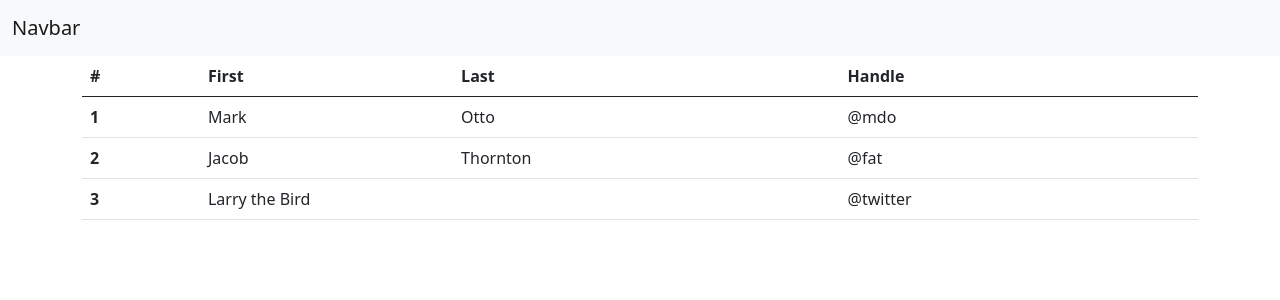
Repository: Luckycaat/eloquent-ORM
Page: http://localhost/clients
An editor plug-in stored every save of this project. The page is shown before and after the next save, followed by the edit.
The browser window is 1280 px wide. The pictures show the whole page.
The page is served by the project's Laravel application, run on PHP 8.4 with Laravel 9. Other server files are loaded and not shown. Queries for data that is not in the repository find no rows.

Above is the page before, as saved 2022-09-20 14:45:23.

### routes/web.php
<?php

use App\Http\Controllers\ClientController;
use App\Http\Controllers\Saudacao;
use App\Http\Controllers\SiteController;

use Illuminate\Support\Facades\Route;

/*
|--------------------------------------------------------------------------
| Web Routes
|--------------------------------------------------------------------------
|
| Here is where you can register web routes for your application. These
| routes are loaded by the RouteServiceProvider within a group which
| contains the "web" middleware group. Now create something great!
|
*/

// Route::get('/', function () {
//     return view('welcome');
// });

Route::get('/', [SiteController::class, 'index']);
Route::get('/sobre', [SiteController::class, 'sobre']);
Route::get('/servicos', [SiteController::class, 'servicos']);
Route::get('/servico/{id}', [SiteController::class, 'servico']);

Route::get('/saudacao/{nome?}', Saudacao::class);

Route::get('/clients', [ClientController::class, 'index']);

### app/Http/Controllers/Saudacao.php
<?php

namespace App\Http\Controllers;

use Illuminate\Contracts\View\View;
use Illuminate\Http\Request;

class Saudacao extends Controller
{
    /**
     * Handle the incoming request.
     *
     * @param  string $nome
     * @return void
     */
    public function __invoke(string $nome = 'Pedro')
    {
        return view('saudacao', [
            'nome' => $nome,
        ]);
        // return view('saudacao')->with('nome', $nome);

    }
}

### app/Http/Controllers/ClientController.php
<?php

namespace App\Http\Controllers;

use Illuminate\Http\Request;
use App\Models\Client;

class ClientController extends Controller
{
    public function index()
    {
        $clients = Client::get();

        return view('clients.index', [
            'clients' => $clients,
        ]);
    }
}

### resources/views/clients/index.blade.php
<!doctype html>
<html lang="en">

<head>
    <!-- Required meta tags -->
    <meta charset="utf-8">
    <meta name="viewport" content="width=device-width, initial-scale=1">

    <!-- Bootstrap CSS -->
    <link href="https://cdn.jsdelivr.net/npm/bootstrap@5.0.2/dist/css/bootstrap.min.css" rel="stylesheet"
        integrity="sha384-EVSTQN3/azprG1Anm3QDgpJLIm9Nao0Yz1ztcQTwFspd3yD65VohhpuuCOmLASjC" crossorigin="anonymous">

    <title>Hello, world!</title>
</head>

<body>
    <nav class="navbar navbar-light bg-light">
        <div class="container-fluid">
            <a class="navbar-brand" href="#">Navbar</a>
        </div>
    </nav>

    <div class="container">
        <table class="table">
            <thead>
                <tr>
                    <th scope="col">#</th>
                    <th scope="col">First</th>
                    <th scope="col">Last</th>
                    <th scope="col">Handle</th>
                </tr>
            </thead>
            <tbody>
                <tr>
                    <th scope="row">1</th>
                    <td>Mark</td>
                    <td>Otto</td>
                    <td>@mdo</td>
                </tr>
                <tr>
                    <th scope="row">2</th>
                    <td>Jacob</td>
                    <td>Thornton</td>
                    <td>@fat</td>
                </tr>
                <tr>
                    <th scope="row">3</th>
                    <td colspan="2">Larry the Bird</td>
                    <td>@twitter</td>
                </tr>
            </tbody>
        </table>
    </div>

    <!-- Optional JavaScript; choose one of the two! -->

    <!-- Option 1: Bootstrap Bundle with Popper -->
    <script src="https://cdn.jsdelivr.net/npm/bootstrap@5.0.2/dist/js/bootstrap.bundle.min.js"
        integrity="sha384-MrcW6ZMFYlzcLA8Nl+NtUVF0sA7MsXsP1UyJoMp4YLEuNSfAP+JcXn/tWtIaxVXM" crossorigin="anonymous">
    </script>

    <!-- Option 2: Separate Popper and Bootstrap JS -->
    <!--
    <script src="https://cdn.jsdelivr.net/npm/@popperjs/core@2.9.2/dist/umd/popper.min.js"
        integrity="sha384-IQsoLXl5PILFhosVNubq5LC7Qb9DXgDA9i+tQ8Zj3iwWAwPtgFTxbJ8NT4GN1R8p" crossorigin="anonymous">
    </script>
    <script src="https://cdn.jsdelivr.net/npm/bootstrap@5.0.2/dist/js/bootstrap.min.js"
        integrity="sha384-cVKIPhGWiC2Al4u+LWgxfKTRIcfu0JTxR+EQDz/bgldoEyl4H0zUF0QKbrJ0EcQF" crossorigin="anonymous">
    </script>
    -->
</body>

</html>

Loaded but not shown: app/Http/Controllers/Controller.php (common file); app/Models/Client.php (common file)

After the next save:
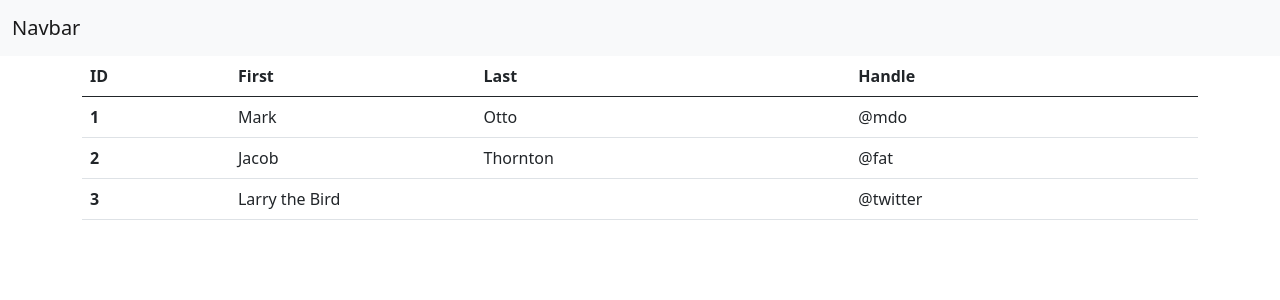
Saved 16 s later.
--- a/resources/views/clients/index.blade.php
+++ b/resources/views/clients/index.blade.php
@@ -24,7 +24,7 @@
         <table class="table">
             <thead>
                 <tr>
-                    <th scope="col">#</th>
+                    <th scope="col">ID</th>
                     <th scope="col">First</th>
                     <th scope="col">Last</th>
                     <th scope="col">Handle</th>
